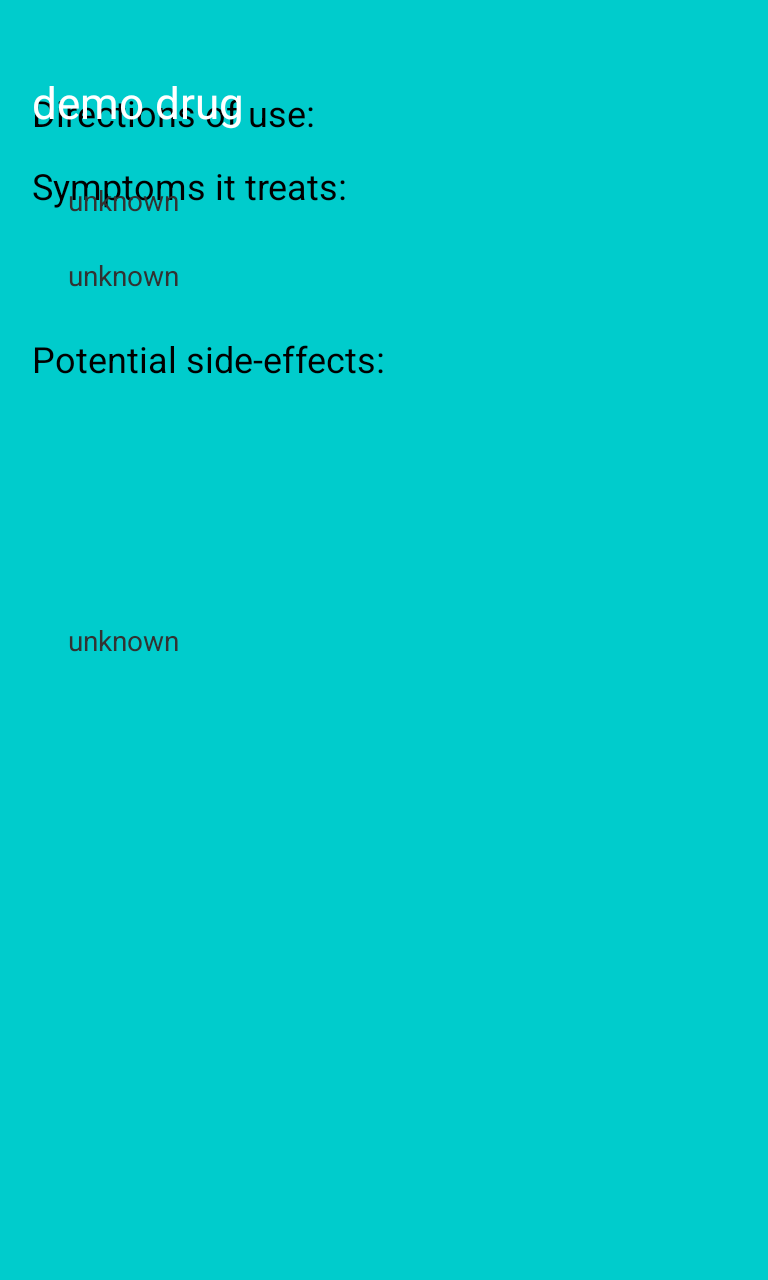
Repository: rosingrr/EECE-Andriod-APP-SympMeds
Layout: app/SympMeds/res/layout/activity_drug_info.xml
These files come from the project's save history. The layout is drawn as it stood at one moment and after the next save; the edit follows.
It is drawn on a 768 x 1280 px phone screen (xhdpi) without system bars, with theme AppTheme; the app's code is not run.

Above is the layout before, as saved 2013-07-18 14:12:59.

### app/SympMeds/res/layout/activity_drug_info.xml
<RelativeLayout xmlns:android="http://schemas.android.com/apk/res/android"
    xmlns:tools="http://schemas.android.com/tools"
    android:layout_width="match_parent"
    android:layout_height="match_parent"
    android:background="@color/color3"
    android:paddingBottom="@dimen/activity_vertical_margin"
    android:paddingLeft="@dimen/activity_horizontal_margin"
    android:paddingRight="@dimen/activity_horizontal_margin"
    android:paddingTop="@dimen/activity_vertical_margin"
    tools:context=".DrugInfo" >

    <TextView
        android:id="@+id/textView6"
        android:layout_width="wrap_content"
        android:layout_height="wrap_content"
        android:layout_alignParentLeft="true"
        android:layout_below="@+id/textView5"
        android:layout_marginTop="28dp"
        android:text="@string/how_to"
        android:textAppearance="?android:attr/textAppearanceMedium" />

    <TextView
        android:id="@+id/sympLabel_textView"
        android:layout_width="wrap_content"
        android:layout_height="wrap_content"
        android:layout_alignParentLeft="true"
        android:layout_below="@+id/drugName_textView"
        android:layout_marginTop="15dp"
        android:text="@string/treats"
        android:textAppearance="?android:attr/textAppearanceMedium" />

    <TextView
        android:id="@+id/seLabel_textView"
        android:layout_width="wrap_content"
        android:layout_height="wrap_content"
        android:layout_alignLeft="@+id/sympLabel_textView"
        android:layout_below="@+id/drugSymp_textView"
        android:layout_marginTop="20dp"
        android:text="@string/problems"
        android:textAppearance="?android:attr/textAppearanceMedium" />

    <TextView
        android:id="@+id/drugSymp_textView"
        android:layout_width="wrap_content"
        android:layout_height="wrap_content"
        android:layout_alignLeft="@+id/seLabel_textView"
        android:layout_below="@+id/sympLabel_textView"
        android:layout_marginLeft="18dp"
        android:layout_marginTop="23dp"
        android:text="@string/unknown"
        android:textAppearance="?android:attr/textAppearanceSmall" />

    <TextView
        android:id="@+id/drugSE_textView"
        android:layout_width="wrap_content"
        android:layout_height="wrap_content"
        android:layout_alignLeft="@+id/drugSymp_textView"
        android:layout_centerVertical="true"
        android:text="@string/unknown"
        android:textAppearance="?android:attr/textAppearanceSmall" />

    <TextView
        android:id="@+id/textView7"
        android:layout_width="wrap_content"
        android:layout_height="wrap_content"
        android:layout_alignLeft="@+id/drugSE_textView"
        android:layout_below="@+id/textView6"
        android:layout_marginTop="22dp"
        android:text="@string/unknown"
        android:textAppearance="?android:attr/textAppearanceSmall" />

    <TextView
        android:id="@+id/drugName_textView"
        android:layout_width="wrap_content"
        android:layout_height="wrap_content"
        android:layout_alignLeft="@+id/sympLabel_textView"
        android:layout_alignParentTop="true"
        android:layout_marginTop="20dp"
        android:text="@string/drug_name"
        android:textAppearance="?android:attr/textAppearanceLarge"
        android:textColor="@color/white" />

</RelativeLayout>

### app/SympMeds/res/values/colors.xml
<?xml version="1.0" encoding="utf-8"?>
<resources>
    <color name="red">#ffff0000</color>
    <color name="green">#ff00ff00</color>
    <color name="blue">#ff0000ff</color>
    <color name="transparent_red">#ffff0000</color>
    <color name="steel_blue">#ff4682B4</color>
    <color name="crimson">#ffdc143c</color>
    <color name="sea_green">#ff2e8b57</color>
    <color name="aqua_marine">#ff7fffd4</color>
    <color name="white">#ffffffff</color>
    <color name="darker_aqua_marine">#ff3f7f6a</color>
    <color name="color1">#ff66cccc</color>
    <color name="color2">#ff33cccc</color>
    <color name="color3">#ff00cccc</color>
</resources>

### app/SympMeds/res/values/strings.xml
<?xml version="1.0" encoding="utf-8"?>
<resources>

    <string name="empty"></string>
    <string name="app_name">SympMeds</string>
    <string name="action_settings">Settings</string>
    <string name="description">This app allows you to search for medication by the symptom you are experiencing.\nThis app is not meant to replace a medical physician. It is only intended to help find non-prescribed medication. If symptom(s) persist/severe, it is suggested to go see a doctor.</string>
    <string name="med_name">enter name of medication</string>
    <string name="search">Search</string>
    <string name="symptom_selector">select the symptom</string>
    <string name="start">Start</string>

    <string-array name="symptom_list">
        <item>fevor</item>
        <item>headache</item>
        <item>coughing</item>
        <item>cold</item>
        <item>flu</item>
    </string-array>
    <string-array name="symptom_description">
        <item>An elevation of body temperature above the normal range of 97.7–99.5 °F (36.5–37.5 °C).</item>
        <item>Pain anywhere in the region of the head or neck.</item>
        <item>Sudden and often repetitively occurring reflex which helps to clear the large breathing passages from secretions, irritants, foreign particles and microbes.</item>
        <item>A viral infectious disease of the upper respiratory tract which affects primarily the nose. Symptoms include coughing, sore throat, runny nose, sneezing, and fever which usually resolve in seven to ten days, with some symptoms lasting up to three weeks.</item>
        <item>Caused by the influenza viruses. The most common symptoms are chills, fever, runny nose, sore throat, muscle pains, headache (often severe), coughing, weakness/fatigue and general discomfort.</item>
    </string-array>

    <string name="title_activity_drug_list">DrugList</string>
    <string name="instructions">Choose the drug from the list to get information on it.</string>
    <string name="get_info">Get Info</string>
    <string name="drug_selector">choose drug</string>

    <string-array name="drug_list">
        <item>demo drug</item>
    </string-array>
    <string-array name="fever_list">
        <item>Advil</item>
    </string-array>
    <string-array name="headache_list">
        <item>Tylenol</item>
    </string-array>
    <string-array name="coughing_list">
        <item>Vicks</item>
    </string-array>
    <string-array name="cold_list">
        <item>Robitussin</item>
    </string-array>
    <string-array name="flu_list">
        <item>Sudafed</item>
    </string-array>

    <string name="title_activity_drug_info">DrugInfo</string>
    <string name="drug_name">demo drug</string>
    <string name="treats">Symptoms it treats:</string>
    <string name="problems">Potential side-effects:</string>
    <string name="how_to">Directions of use:</string>
    <string name="unknown">unknown</string>
    <string name="title_activity_symptom_list">SympList</string>
    <string name="hello_world">Hello world!</string>

</resources>

Loaded but not shown: app/SympMeds/res/values/styles.xml (common file); app/SympMeds/res/values-v11/styles.xml (common file); app/SympMeds/res/values-v14/styles.xml (common file); app/SympMeds/res/values/dimens.xml (common file)

After the next save:
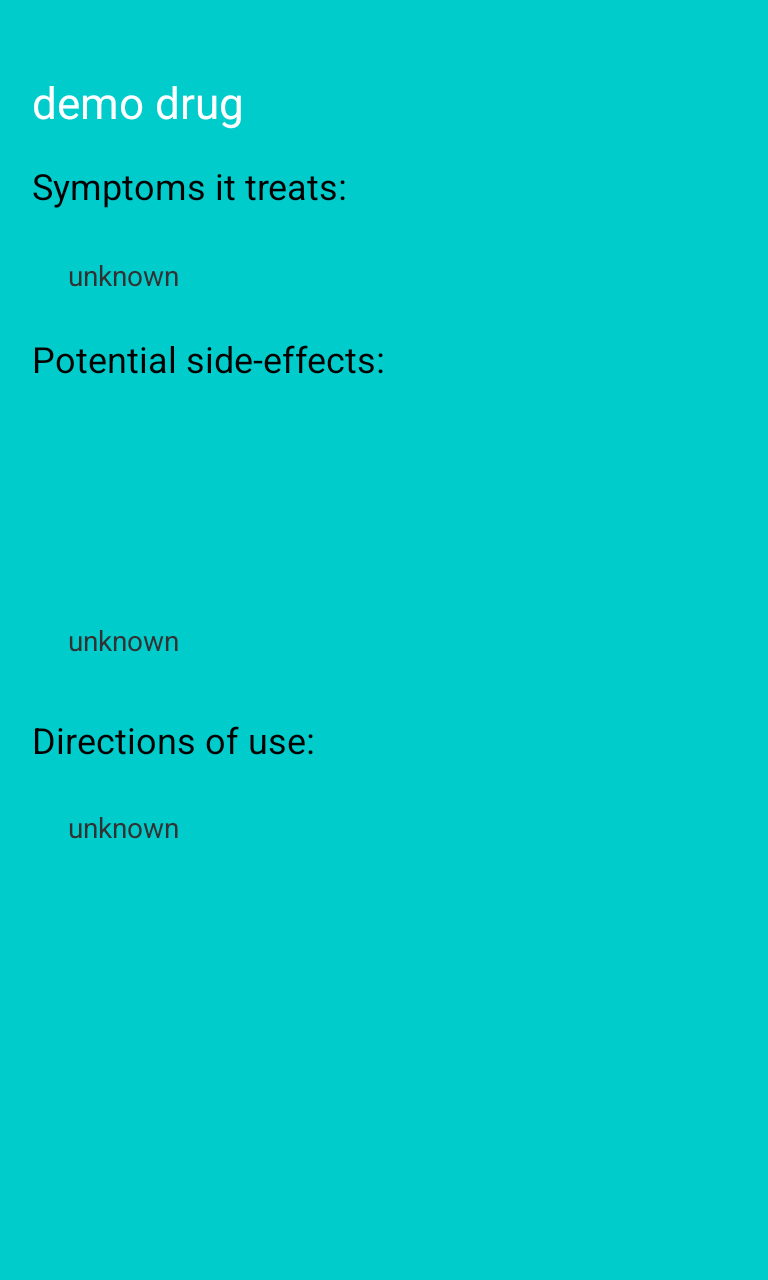
Saved 11 s later.
--- a/app/SympMeds/res/layout/activity_drug_info.xml
+++ b/app/SympMeds/res/layout/activity_drug_info.xml
@@ -14,7 +14,7 @@
         android:layout_width="wrap_content"
         android:layout_height="wrap_content"
         android:layout_alignParentLeft="true"
-        android:layout_below="@+id/textView5"
+        android:layout_below="@+id/drugSE_textView"
         android:layout_marginTop="28dp"
         android:text="@string/how_to"
         android:textAppearance="?android:attr/textAppearanceMedium" />
